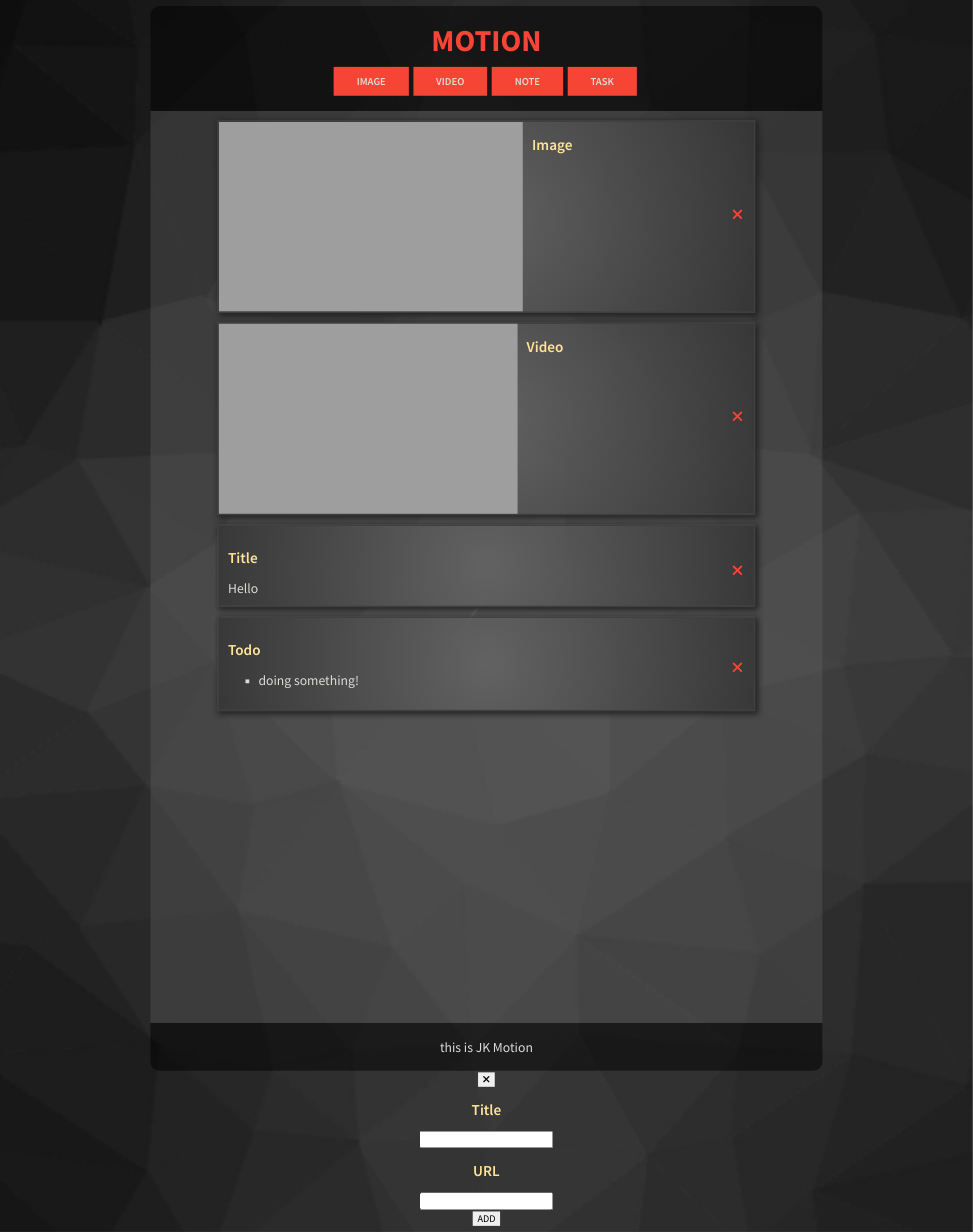
Repository: keehoonjung/Motion-project
Page: index.html
These files come from the project's save history. The page is drawn as it stood at one moment and after the next save; the edit follows.
The browser window is 1280 px wide. The pictures show the whole page, at 76% of full size.
Pictures or frames that could not be fetched are drawn as grey boxes. Some web libraries are served in a nearby version.

Above is the page before, as saved 2021-08-23 22:25:33.

After the next save:
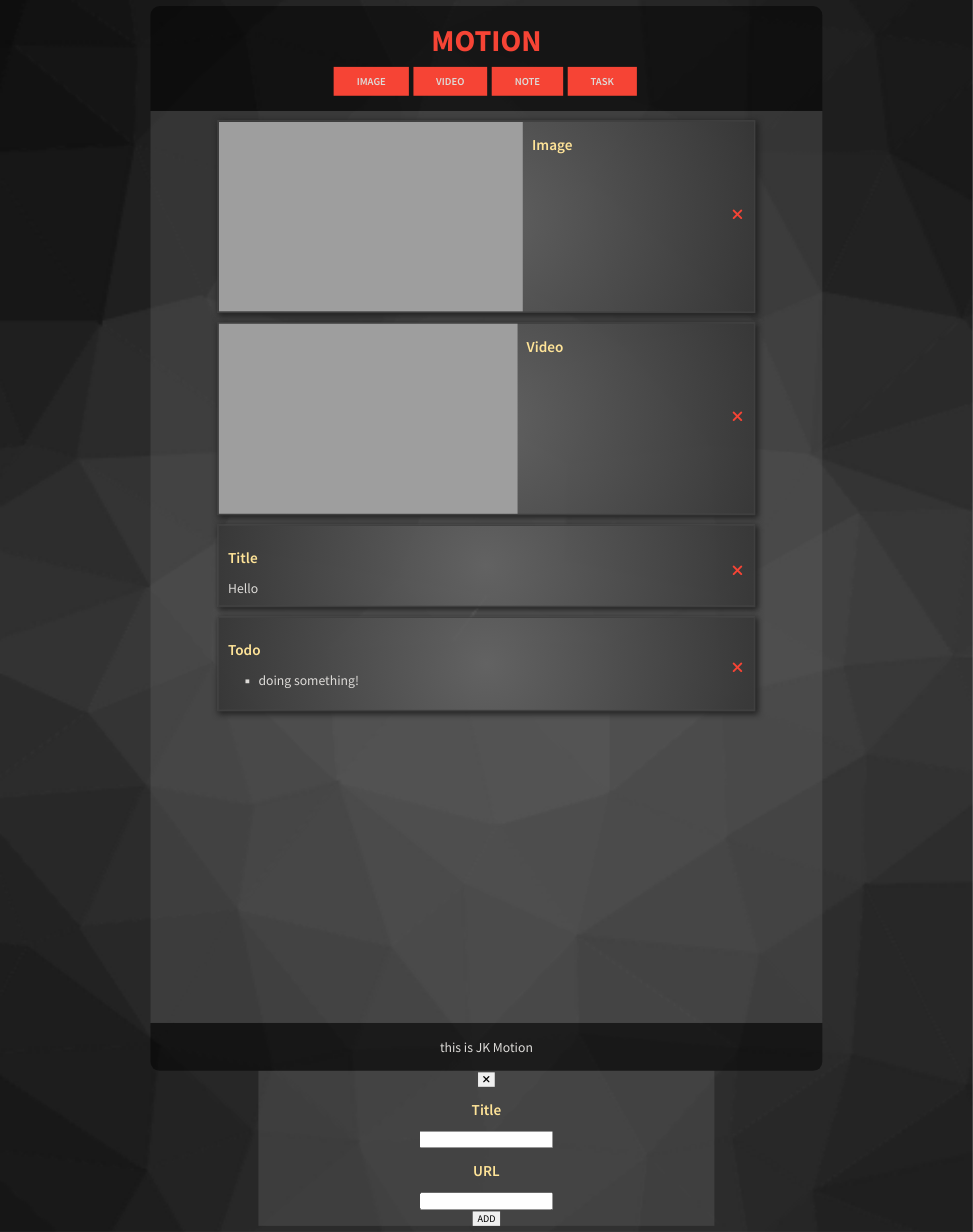
Saved 18 s later.
--- a/style.css
+++ b/style.css
@@ -153,5 +153,5 @@ button {
 .popup {
   margin: auto;
   width: 600px;
-  background: #57575700;
+  background: #57575770;
 }
